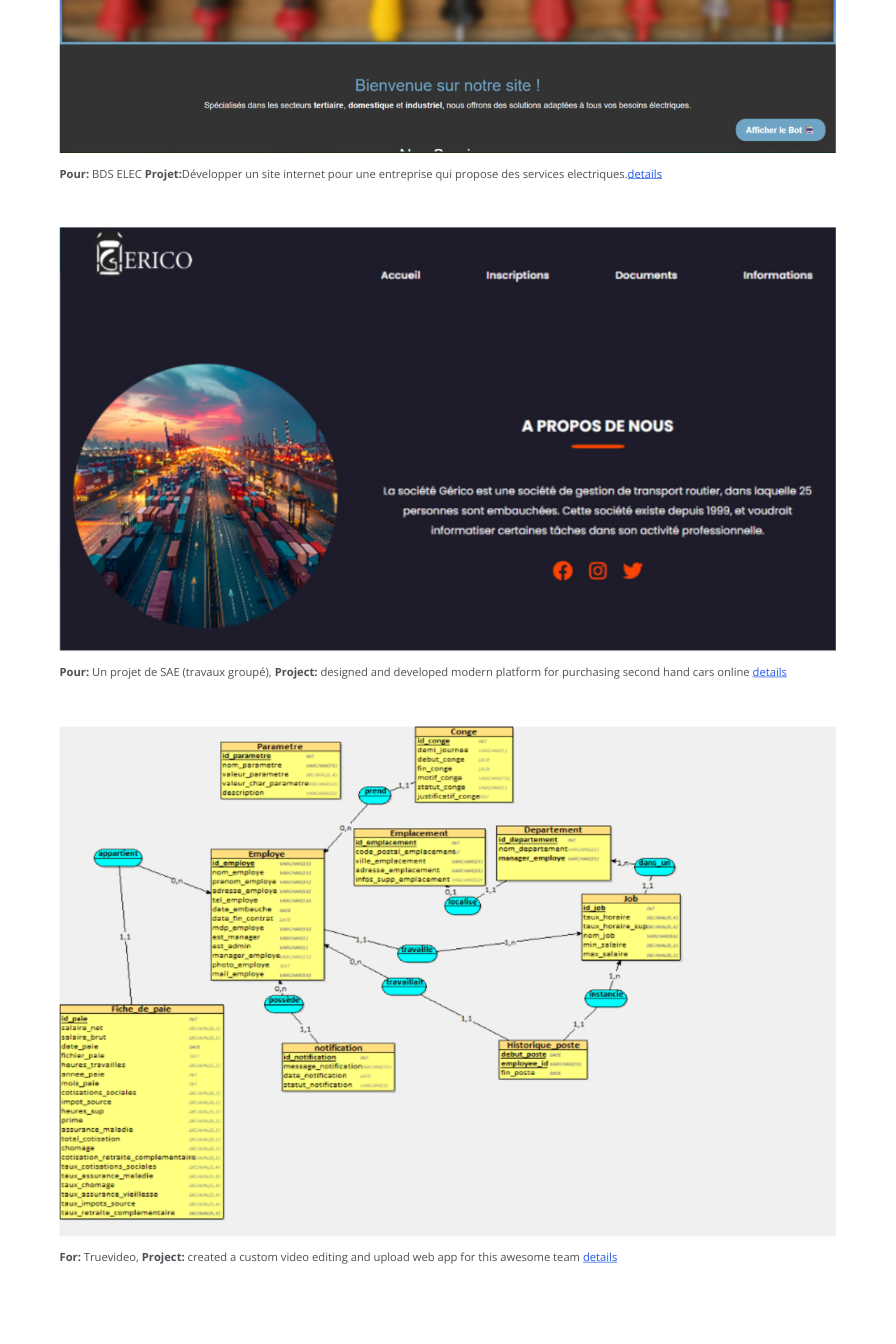
Repository: J2S80000/Portfolio
Page: index.html
These files come from the project's save history. The page is drawn as it stood at one moment and after the next save; the edit follows.
The browser window is 1280 px wide. The pictures show the part of the page from y = 3722 to 5642 px (the page is 7451 px tall), at 70% of full size.

Above is the page before, as saved 2025-05-05 17:37:12.

After the next save:
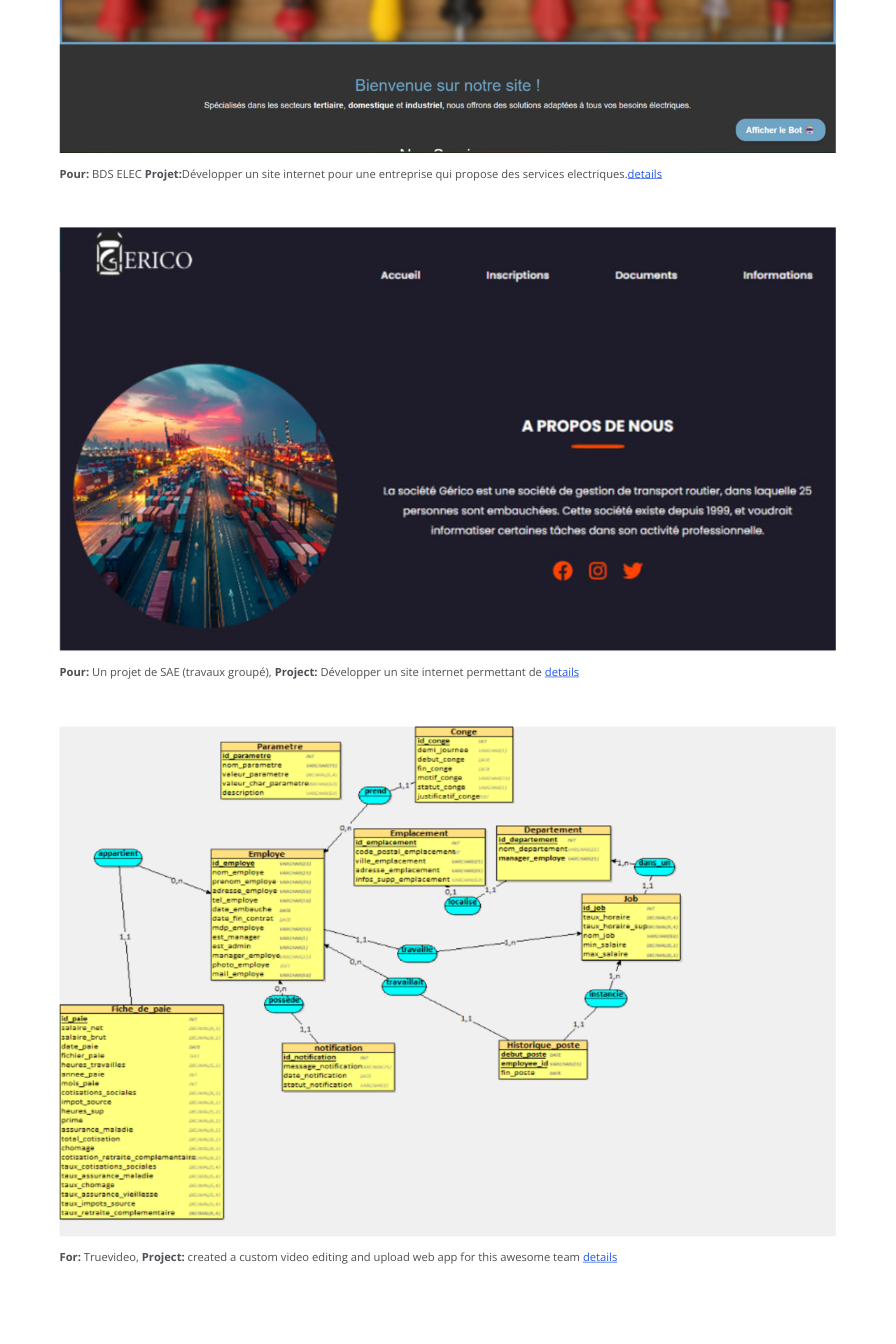
Saved 17 s later.
--- a/index.html
+++ b/index.html
@@ -244,7 +244,7 @@
                                 <img class="img-fluid" src="images/project-2.1.jpg" alt="alternative">
                             </a>
                         </div> <!-- end of image-container -->
-                        <p><strong>Pour:</strong> Un projet de SAE (travaux groupé), <strong>Project:</strong> designed and developed modern platform for purchasing second hand cars online <a class="blue" href="project.html">details</a></p>
+                        <p><strong>Pour:</strong> Un projet de SAE (travaux groupé), <strong>Project:</strong> Développer un site internet permettant de  <a class="blue" href="project.html">details</a></p>
                     </div> <!-- end of text-container -->
                     <div class="text-container">
                         <div class="image-container">
